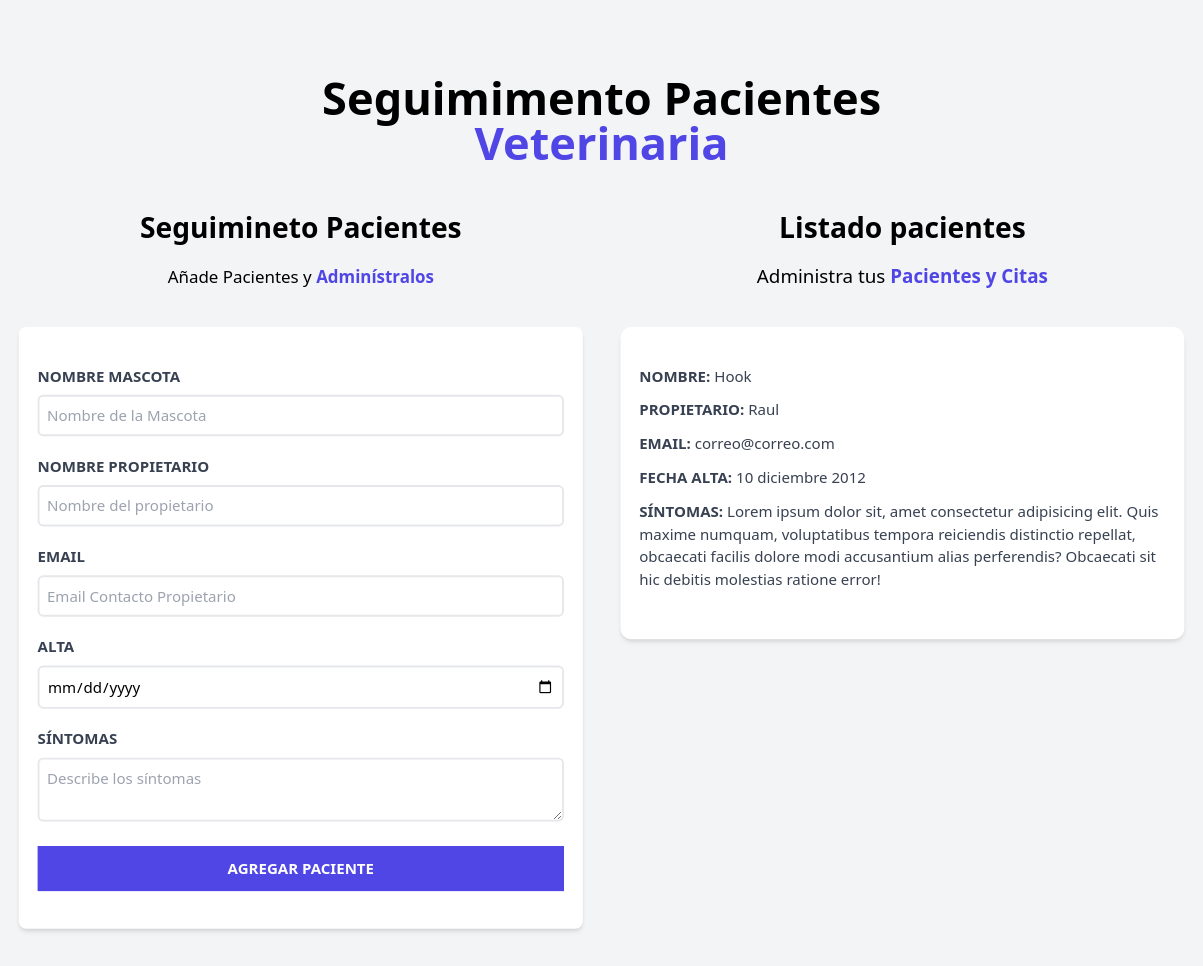
Repository: rlaureano/citas_react
Page: /
An editor plug-in stored every save of this project. The page is shown before and after the next save, followed by the edit.
The browser window is 1280 px wide. The pictures show the whole page, at 94% of full size.
The project was rebuilt for these pictures with package versions that can differ from the ones it lists, and the page was loaded fresh each time. Also part of the build but not shown: vite.config.js.

Above is the page before, as saved 2022-01-12 21:46:31.

After the next save:
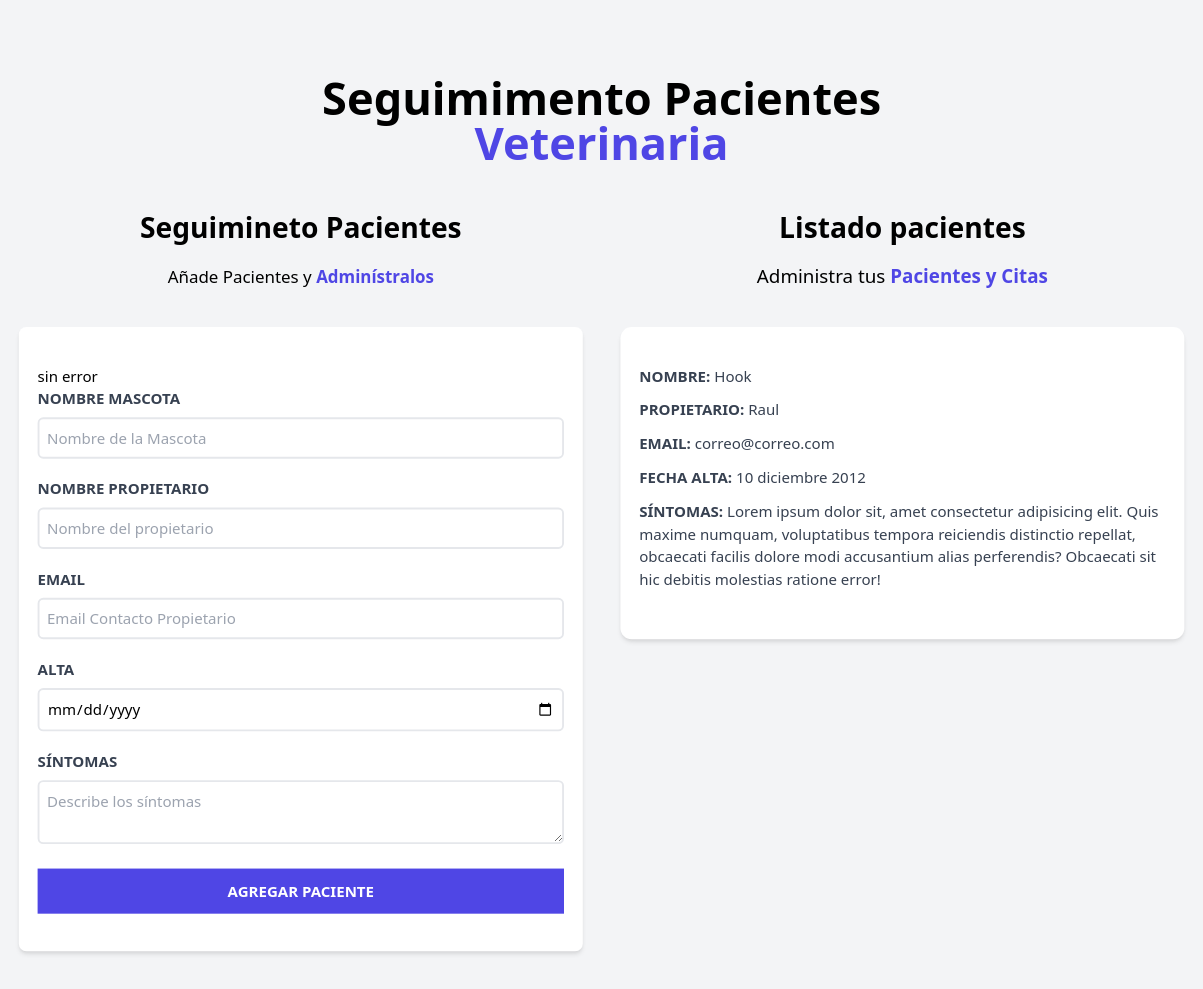
Saved 49 s later.
--- a/src/components/Formulario.jsx
+++ b/src/components/Formulario.jsx
@@ -33,6 +33,9 @@
       </p>
 
       <form action="" className="bg-white shadow-md rounded-lg py-10 px-5 mb-10 mx-5" onSubmit={ handleSubmit }>
+
+        { error ? 'hay error' : 'sin error' }
+
         <div className="mb-5">
           <label htmlFor="mascota" className="block text-gray-700 uppercase font-bold">Nombre Mascota</label>
           <input

After the save that followed:
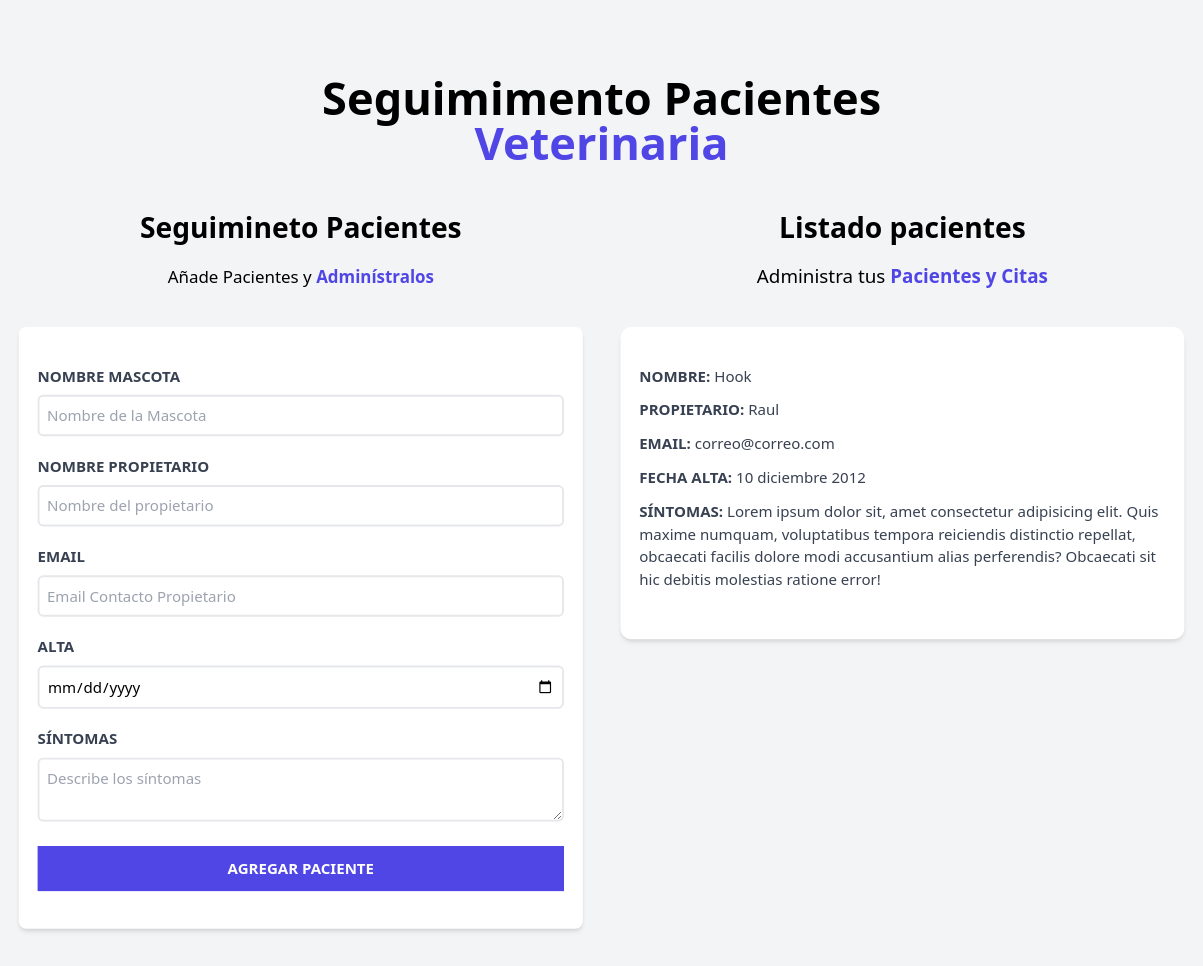
Saved 59 s later.
--- a/src/components/Formulario.jsx
+++ b/src/components/Formulario.jsx
@@ -34,7 +34,7 @@
 
       <form action="" className="bg-white shadow-md rounded-lg py-10 px-5 mb-10 mx-5" onSubmit={ handleSubmit }>
 
-        { error ? 'hay error' : 'sin error' }
+        { error && 'hay error'}
 
         <div className="mb-5">
           <label htmlFor="mascota" className="block text-gray-700 uppercase font-bold">Nombre Mascota</label>
